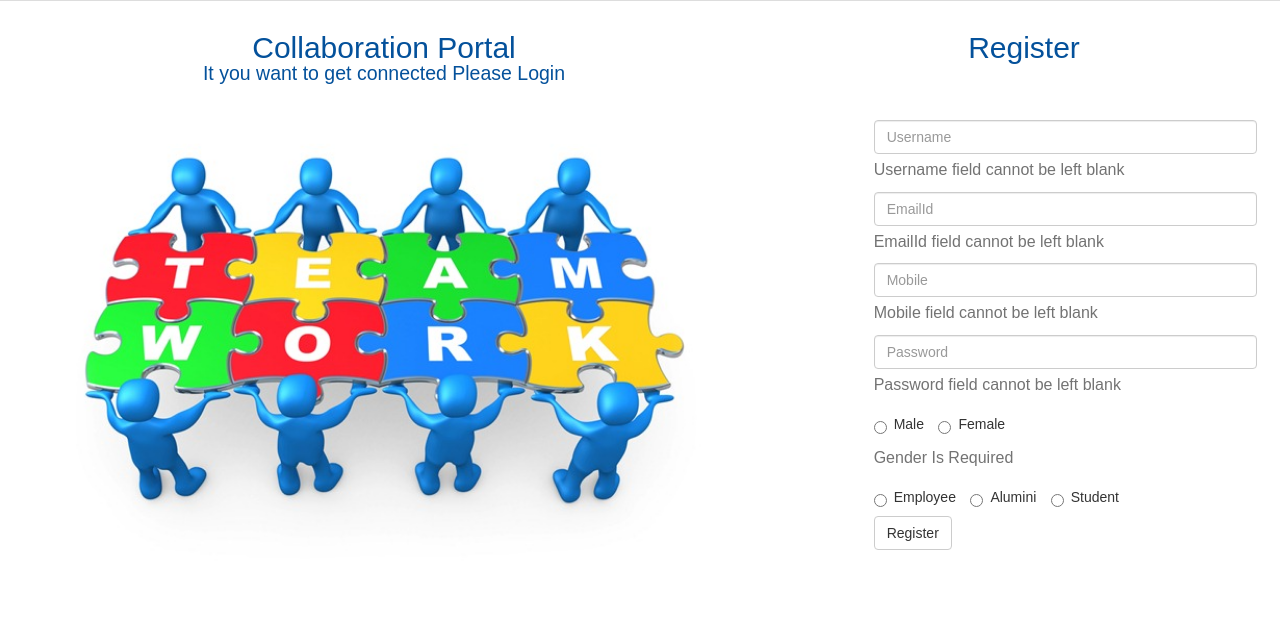
Repository: KaustubhKamat/CollaborationPlatform
Page: CollaborationFrontEnd/WebContent/c_user/Register.html
The author's editor kept a copy of each file at every save. The page is drawn from the files as they stood at one save, then again after the next save.
The browser window is 1280 px wide. The pictures show the whole page.
Some web libraries are served in a nearby version.

Above is the page before, as saved 2017-03-03 10:59:42.

### CollaborationFrontEnd/WebContent/c_user/Register.html
<html>
<head>
<meta charset="ISO-8859-1">
<title>Insert title here</title>
<link rel="stylesheet"
	href="https://maxcdn.bootstrapcdn.com/bootstrap/3.3.7/css/bootstrap.min.css">
<script
	src="https://ajax.googleapis.com/ajax/libs/jquery/1.12.4/jquery.min.js"></script>
<link rel="stylesheet"
	href="https://maxcdn.bootstrapcdn.com/font-awesome/4.4.0/css/font-awesome.min.css">
<script
	src="https://maxcdn.bootstrapcdn.com/bootstrap/3.3.7/js/bootstrap.min.js"></script>
	<script src="https://ajax.googleapis.com/ajax/libs/angularjs/1.4.8/angular.min.js"></script>
</head>
<body>

<head>

<link rel="stylesheet"
	href="https://maxcdn.bootstrapcdn.com/bootstrap/3.3.7/css/bootstrap.min.css">
<script
	src="https://ajax.googleapis.com/ajax/libs/jquery/3.1.1/jquery.min.js"></script>
<script
	src="https://maxcdn.bootstrapcdn.com/bootstrap/3.3.7/js/bootstrap.min.js"></script>
<style>
body {
	font-family: sans-serif;

}

form {
	margin: 25px auto;
	font-size: medium;
	padding: 10px 20px;
	border-radius: 10px;
	text-align: justify;
}

body {
	background:
}

h2 {
	text-align: center;
}

</style>
<meta http-equiv="Content-Type" content="text/html; charset=ISO-8859-1">
<title>Insert title here</title>
</head>

<body ng-app="">


<div ng-controller="UserController as ctrl">

<table class="table" style=" background: linear-gradient(white, lightred);">
<tr>
<td width="60%" valign="top" style="padding-top: 10px">
<center> <h2 style="color:#04519b">Collaboration Portal <br><small style="color:#04519b">It you want to get connected Please Login</small> </h2></center>
<center><img src="resources/Images/login.jpg" height="500px"></center>
</td>
<td width="40%" style="padding-top: 10px">
<h2 style="color:#04519b">Register</h2>

<br>
<br>
		<div class="form-group" ng-class="{'has-error' : form.username.$dirty && form.username.$error.required}">
    <div class="col-sm-offset-2 col-sm-10">
      <input type="text" class="form-control" placeholder="Username" ng-model="ctrl.user.username" id="username" name="username" required>
      <span ng-show="form.username.$dirty && form.username.$error.required" class="help-block">Username field cannot be left blank</span>
    </div>
  </div>

   <div class="form-group" ng-class="{'has-error' : form.emailId.$dirty && form.emailId.$error.required}">
    <div class="col-sm-offset-2 col-sm-10">
      <input type="email" class="form-control" placeholder="EmailId" ng-model="ctrl.user.emailId" id="emailId" name="emailId" required>
      <span ng-show="form.emailId.$dirty && form.emailId.$error.required" class="help-block">EmailId field cannot be left blank</span>
    </div>
  </div>

  <div class="form-group" ng-class="{'has-error' : form.mobile.$dirty && form.mobile.$error.required}">
    <div class="col-sm-offset-2 col-sm-10">
      <input type="text" class="form-control" placeholder="Mobile" ng-model="ctrl.user.mobile" id="mobile" name="mobile" required>
       <span ng-show="form.mobile.$dirty && form.mobile.$error.required" class="help-block">Mobile field cannot be left blank </span>
    </div>
  </div>

  <div class="form-group" ng-class="{'has-error' : form.password.$dirty && form.password.$error.required}">
    <div class="col-sm-offset-2 col-sm-10">
      <input type="password" class="form-control" placeholder="Password" ng-model="ctrl.user.password" id="password" name="password" required>
       <span ng-show="form.password.$dirty && form.password.$error.required" class="help-block">Password field cannot be left blank</span>
    </div>
  </div>

  <div class="form-group" ng-class="{'has-error' : form.gender.$dirty && form.gender.$error.required}">
   <div class="col-sm-offset-2 col-sm-10">
    <label class="radio-inline">
     <h5> <input type="radio" name="gender" ng-model="ctrl.user.gender" id="gender" ng-value="'Male'">Male</h5>
    </label>
    <label class="radio-inline">
   <h5>   <input type="radio" name="gender" ng-model="ctrl.user.gender" id="gender" ng-value="'Female'">Female</h5>
    </label>
          <span ng-show="form.gender.$dirty && form.gender.$error.required" class="help-block">Gender Is Required</span>

</div>

  <div class="form-group">
   <div class="col-sm-offset-2 col-sm-10">
  <label class="radio-inline">
     <h5> <input type="radio" name="role" ng-model="ctrl.user.role" ng-value="'Employee'"  id="role">Employee</h5>
    </label>
    <label class="radio-inline">
   <h5>   <input type="radio" name="role" ng-model="ctrl.user.role" ng-value="'Alumini'" id="role">Alumini</h5>
    </label>
    <label class="radio-inline">
    <h5>  <input type="radio" name="role" ng-model="ctrl.user.role" ng-value="'Student'" id="role">Student</h5>
    </label>
</div>
		<div class="form-group">
			<div class="col-sm-offset-2 col-sm-10">
				<input type="hidden" name="${_csrf.parameterName}"
					value="${_csrf.token}">
				<button type="submit" class="btn btn-default">Register</button>
			</div>
		</div>

		</div>
	</form>
	</div>
</td>

 </body>
 </html>

After the next save:
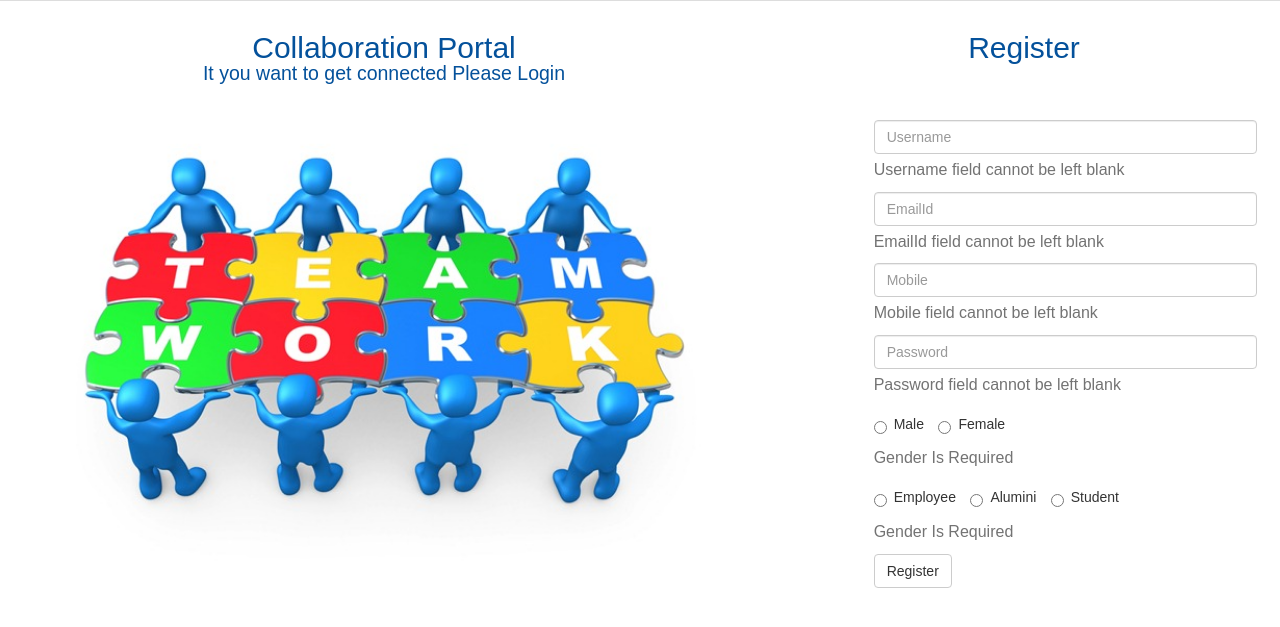
Saved 43 s later.
--- a/CollaborationFrontEnd/WebContent/c_user/Register.html
+++ b/CollaborationFrontEnd/WebContent/c_user/Register.html
@@ -116,6 +116,7 @@ h2 {
     <label class="radio-inline">
     <h5>  <input type="radio" name="role" ng-model="ctrl.user.role" ng-value="'Student'" id="role">Student</h5>
     </label>
+    <span ng-show="form.gender.$dirty && form.gender.$error.required" class="help-block">Gender Is Required</span>
 </div>
 		<div class="form-group">
 			<div class="col-sm-offset-2 col-sm-10">
